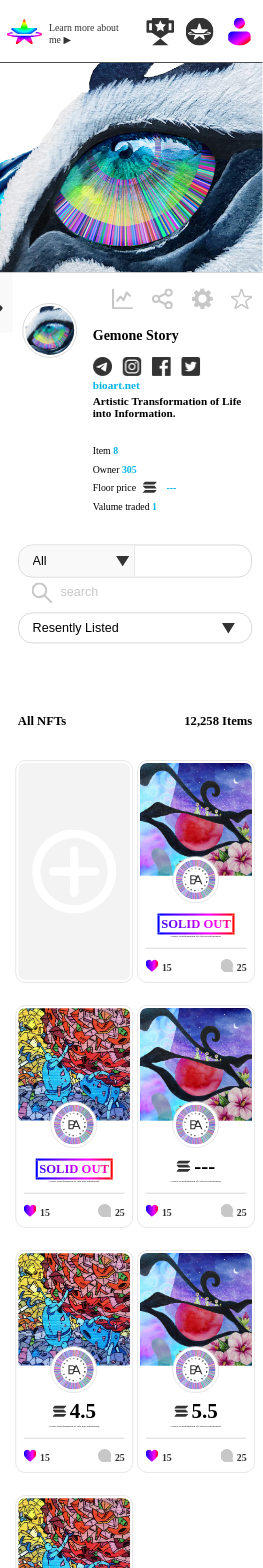
Repository: superHotBob/bioart
Page: /myplanets
An editor plug-in stored every save of this project. The page is shown before and after the next save, followed by the edit.
The browser window is 375 px wide. The pictures show the part of the page from y = 0 to 2240 px (the page is 2787 px tall before and 2861 px after), at 70% of full size.
Some web fonts or font styles are not loaded; a fallback is used. The project was rebuilt for these pictures with package versions that can differ from the ones it lists, and the page was loaded fresh each time. Some packages were replaced by stand-ins written for this rebuild. The framework's server and built-in components were replaced by stand-ins that run in the browser. Also part of the build but not shown: next.config.js.

Above is the page before, as saved 2022-04-05 15:08:37.

After the next save:
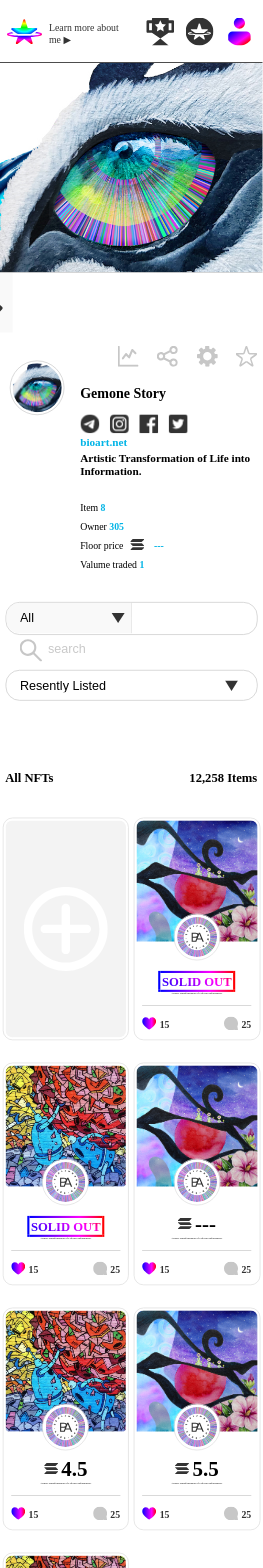
Saved 2 min 9 s later.
--- a/pages/myplanets.js
+++ b/pages/myplanets.js
@@ -878,6 +878,8 @@ export default function Explore() {
             }
             .items {
               border: none;
+              padding: 0;
+              width: 100%;
             }
             .header__image {
               background: url("/planet_top_bg.jpg") center / cover no-repeat;
